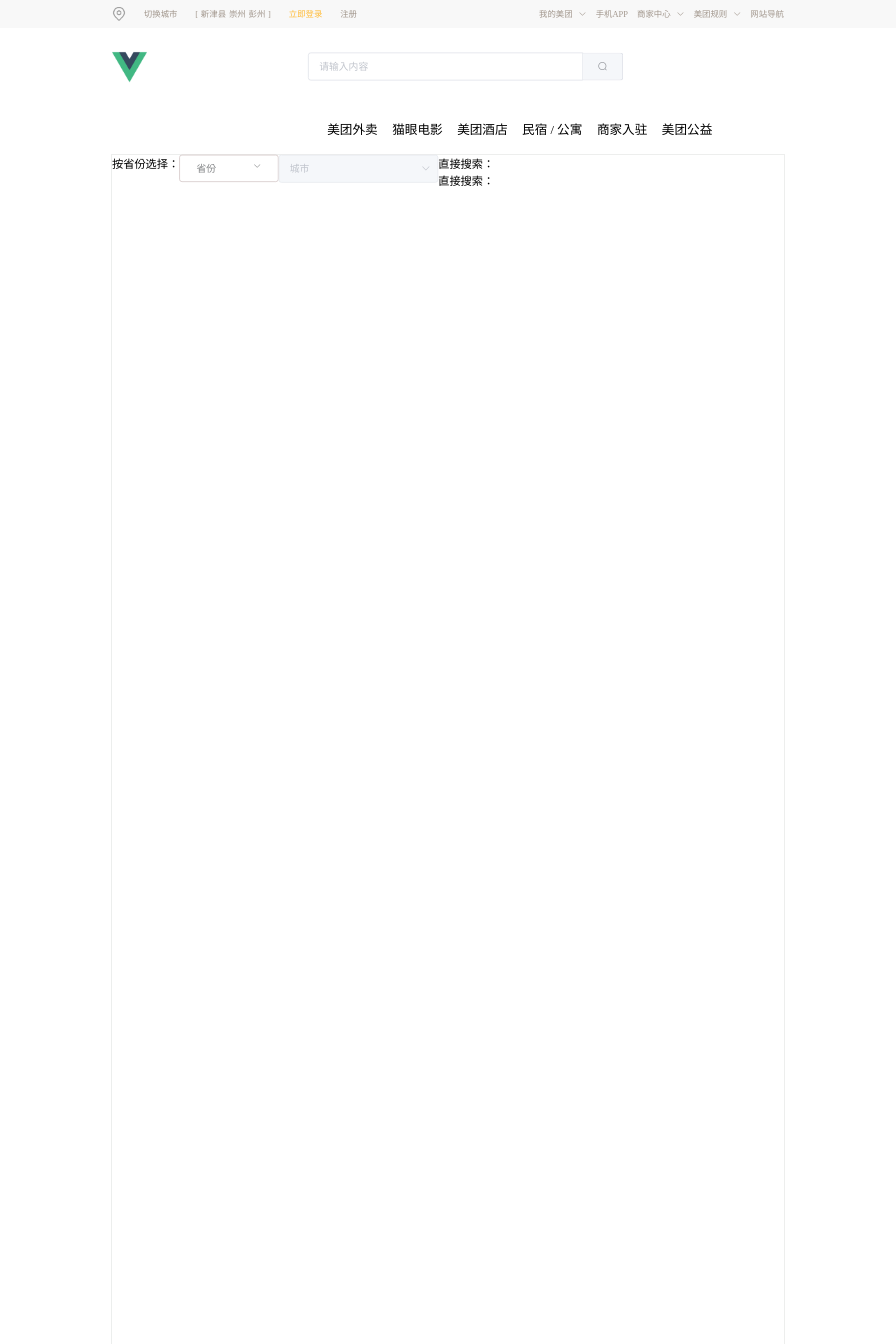
Repository: Wu-Tong-Xian/EasyMeituan
Page: /citySelection
The author's editor kept a copy of each file at every save. The page is drawn from the files as they stood at one save, then again after the next save.
The browser window is 1280 px wide. The pictures show the part of the page from y = 0 to 1920 px (the page is 2764 px tall), at 70% of full size.
The page's requests for data from a server got no answer. The project was rebuilt for these pictures with package versions that can differ from the ones it lists, and the page was loaded fresh each time. No one was signed in, and anything a server would have sent is missing. Also part of the build but not shown: vue.config.js, src/components/home/sortingRotations.vue, src/components/home/stylish.vue, src/views/Home.vue.

Above is the page before, as saved 2020-08-25 10:49:51.

### src/main.js
import Vue from 'vue'
import App from './App.vue'
import router from './router'
import store from './store'
import api from './http/api'  //引入http 里封装的api
// 因为封装了axios 在http引入了
// import axios from 'axios'//引入axios
// Vue.prototype.$axios = axios;//把axios挂载到vue上
// import '@/iconfont/iconfont.js';/*引入iconfont图标*/

// 引入element ui
import ElementUI from 'element-ui';
import 'element-ui/lib/theme-chalk/index.css';

Vue.config.productionTip = false
Vue.prototype.$api =api    //引入封装的http 下API
Vue.use(ElementUI);

new Vue({
  router,
  store,
  render: h => h(App)
}).$mount('#app')

### src/App.vue
<template>
  <div id="app">
    <router-view/>

  </div>
</template>

<style lang="scss">
@import "./style/components";
</style>

### src/router/index.js
import Vue from 'vue'
import VueRouter from 'vue-router'
import Home from '../views/Home.vue'
import layout from '../views/layout/layout.vue'

Vue.use(VueRouter)

  const routes = [
    {
      path:'/home',
      redirect:'/'
    },
  {
    path: '/',
    name: 'layout',
    component: layout,
    children:[{
      path:'',
      name:'/home',
      component:Home,
      meta:{
        title:'首页',
      },
    },
    {
      path: '/citySelection',
      name: 'citySelection',
      component: () => import( '../views/citySelection/citySelection.vue'),
      meta:{
        title:'城市选择',
      },
    },

  ]
  },
  {
    path: '/login',
    name: 'login',
    component: () => import(/* webpackChunkName: "about" */ '../views/login/login'),
    meta:{
      title:'登录页',
    },
  },
  {
    path: '/phoneApp',
    name: 'phoneApp',
    component: () => import(/* webpackChunkName: "about" */ '../views/phoneApp/phoneApp'),
    meta:{
      title:'手机App',
    },
  },
  {
    path: '/register',
    name: 'register',
    component: () => import(/* webpackChunkName: "about" */ '../views/register/register'),
    meta:{
      title:'注册',
    },
  },
  {
    path:'*',
    component: () => import(/* webpackChunkName: "about" */ '../views/err/err'),
  }

]

const router = new VueRouter({
  mode: 'history',
  base: process.env.BASE_URL,
  routes
})


//  设置 白名单： 登陆 注册  找回密码/
// let whitePath = [ '/login','/register','/findPwd']
// // let whitePath = [ '/login']

router.beforeEach((to,from,next) =>{
//   // 通过路由源信息（meta（写在路由后 在上面））给浏览器绑定名字
  document.title =to.meta.title
//   let user =JSON.parse(localStorage.getItem('user'))
//   // 如果用户跳转的就是登录页面就让他直接去
//   // 设置了白名单 这里就可以修改为
//   if(whitePath.includes(to.path)) {
//   // if(to.path === '/login') {
    next()
//   }else {
//     // 如果有user就让他调转其他页面 否则就调转到本页面
//       user ? next() : next('/login')
//     }
})


export default router

### src/http/api.js
// import api from './http/api'  //需要在main.js 里面引入 里封装的api
// Vue.prototype.$api =api      //需要在main.js 里面引入 里封装的api

//是用来封装所有的请求
import service from "./index" //http 下面叫index的 必须省略index.js
// import { get } from "core-js/fn/dict"
// import { get } from "core-js/fn/dict"

// export default{} 里面所有的属性就是请求方法
export default {
  // 3. 分类查询(get)   /classification?mallSubId=${id}   参数:  id:默认分类的id
  getClassification(id) {
    return service.get(`/classification?mallSubId=${id}`)
  },
  // 14. 获取用户信息(post) /queryUser
  getqueryUser() {
    return service.post(`queryUser`)
  },
  // 15. 修改保存用户信息(post) //saveUser 参数: gender:性别 year:年 month:月 day:日 id:用户id nickname:昵称
  getsaveUser({    gender,    year,    month,    day,    id,    nickname
  }) {
    return service.post('saveUser', {  gender,  year,  month, day, id,  nickname
    })
  },
  // 16. 查询用户订单数量(get)  // /myOrder/orderNum
  getorderNum() {
    return service.get(`/myOrder/orderNum`)
  },
// 上面是pc 发请求get(有参数跟没参数示例) post(有参数,跟没参数)

  // ###  获取定位  ```js   http://localhost:8888/position ```
  getposition() {
    return service.get(`/position`)
  },

  // ### 获取所有省份 ```js   http://localhost:8888/province```
  getProvince() {
    return service.get(`/province`)
  },

  // ### 获取省份所有城市  http://localhost:8888/citys/省份id
  getCitys(id) {
    return service.get(`/citys?id=${id}`)
  },

  // ### 获取城市具体信息  ``` js   http://localhost:8888/crumbs?city=城市名
  getcrumbs(city) {
    return service.get(`/crumbs?city=${city}`)
  },

  // ### 省市关联   http://localhost:8888/city
  getcity() {
    return service.get(`/city`)
  },

  // ### 热门城市   http://localhost:8888/hotCity
  gethotCity() {
    return service.get(`/hotCity`)
  },
  // ### 全部分类   http://localhost:8888/menu
  getmenu() {
    return service.get(`/menu`)
  },
  // ### 热门搜索   http://localhost:8888/hotPlace?city=城市名```
  gethotPlace(city) {

    return service.get(`/hotPlace?city=${city}`)
  },

  // ### 搜索建议    http://localhost:8888/searchTop?city=城市名&input=关键词```
  getsearchTop(city,input) {
    return service.get(`/searchTop?city=${city}&input=${input}`)
  },

  // ### 根据关键词搜索  http://localhost:8888/results?city=城市名&keyword=关键词 ```
  getresults(city,keyword) {
    return service.get(`/results?city=${city}&keyword=${keyword}`)
  },

  // ### 商铺详情  http://localhost:8888/products?keyword=商铺名称&city=城市名```
  getproducts(keyword,city) {
    return service.get(`/products?keyword=${keyword}&city=${city}`)
  },
  // ### 有格调 (调关键词搜索接口)   #### 对应的tab
  // - 约会聚餐 => 美食   - 丽人spa => 丽人   - 电影演出 => 电影
  // - 品质出游 => 旅游   - 全部 => 景点    ### 登录

  // ### 登录 http://localhost:8888/users/login (post)  参数: username: 用户名 password: 密码
  postlogin( username,  password  ) {
    return service.post('/users/login', {  username,  password    })
  },

  // ### 注册  http://localhost:8888/users/register (post)参数:
  //   - username: 用户名  - password: 密码  - email: 邮箱
  postregister( username, password, email) {
    return service.post('/users/register', {  username, password, email })
  },

  // ### 需要用到的图片路径

  //s0.meituan.net/bs/fe-web-meituan/2d05c2b/img/avatar.jpg   长耳朵大脸
  //p0.meituan.net/codeman/843d7347cb20d945e4bc39b6403f0515182965.png  住酒店
  //p1.meituan.net/codeman/16442c19da1f1c4544f794e29d99c92051716.jpg  涨姿势
  //p1.meituan.net/codeman/5b21cddb4bb1cbc3a9c3bce0f726c75940469.jpg  我是商家
  //p0.meituan.net/codeman/e473bb428f070321269b23370ff02ba956209.jpg  休闲生活
  //s1.meituan.net/bs/fe-web-meituan/60ac9a0/img/download-qr.png      二维码
  //s0.meituan.net/bs/file/?f=fe-sso-fs:build/page/static/banner/www.jpg   跑动的富兰克林

  // ### 协议链接   http://www.meituan.com/about/terms

  //登录 请求示例  第一种协防
  // login(params){
  //   //所有的方法必须return
  //   return service.post('/user/login',params)
  // },

  // 实例 第二种方法  解构赋值的写法
  // login(username,password) {
  //   return service.post('./user/login',{
  //     // username:username,
  //     username,   //简写其实是上面那样的 所以实参也是username
  //     password
  //   })
  // },

  //示例 获取所有文章  平时用字符转 ，如果有参数就用模板字符串
  // allArticle(id){
  //   return service.get(`./article/allArticle?id=${id}`)
  // },
  //示例 获取所有文章 get请求两个参数的情况
  // allArticle(){
  //   return service.get(`./article/allArticle?id=${id}&num=${num}`)
  // }
  // 上面是get post 封装请求的示例 封装完之后在main.js 里引用这个文件
  //   import api from "./http/api"
  //   Vue.pprototype 的原型链上自己取一个名字 特殊一点
  //   Vue.pprototype.$api =api
}

### src/style/components.scss
/* 整理出来的css 公共样式 */

* {
  padding: 0;
  margin: 0;
}

.d-block {
  display: block;
}

// 文字居中
.t-center {
  text-align: center;
}

/* display */

.fl {
  display: flex;
}

.j-center {
  justify-content: center;
}
.font-w {
  font-weight: 700;
}
/* 两边有间距比everny大一点中间等分 */

.j-around {
  justify-content: space-around;
}

/* 左右靠边 中间等分 */

.j-between {
  justify-content: space-between;
}
.j-center
/* 两边有间距中间等分 */

.j-evenly {
  justify-content: space-evenly;
}

// 常用盒子大小
.w-1200 {
  width: 1200px;
}

.w-1000 {
  width: 1000px;
}

// 常用字体的两个颜色和大小
.colg {
    color: #A1968C;
}

.colb {
    color: #1D3447;
}

.colw {
    color: #F9F9F9;
}
.colr{
    color: red;
}

.fz12 {
  font-size: 12px;
}

.fz14 {
  font-size: 14px;
}

.fz18 {
  font-size: 18px;
}

.pd-t20 {
  padding-top: 20px;
}

.pd-t10 {
  padding-top: 10px;
}.pd-r10 {
  padding-right: 10px;
}.pd-l10 {
  padding-left: 10px;
}

.pd-tb20 {
  padding: 20px 0 20px 0;
}
.pd-lr20 {
  padding: 0 20px 0 20px;
}
.mg-lr10 {
  margin: 0 10px 0 10px;
}
// 外边距
.mg0 {
  margin: 0 auto;
}

.mg20 {
  margin: 20px;
}
.mg10 {
  margin: 10px;
}
.mg-b20 {
  margin-bottom: 20px;
}
.mg-b10 {
  margin-bottom: 10px;
}
.mg-tb20 {
  margin: 20px 0 20px 0;
}

.mg-t10 {
  margin-top: 10px;
}

.mg-tb10 {
  margin: 10px 0 10px 0;
}

.mg-l20 {
  margin-left: 20px;
}

.mg-l10 {
  margin-left: 10px;
}

.mg-t20 {
  margin-top: 20px;
}

.mg-r20 {
  margin-right: 20px;
}

.mg-r10 {
  margin-right: 10px;
}
.mg-lr20 {
  margin: 0 20px 0 20px;
}

// 桌面背景颜色
.box {
  background: #f9f9f9;
}
// 鼠标附上去改变颜色
.h-hover:hover {
  color: #FFBB36;
}
.c-hover:hover {
  color: #000;
}
// 超出部分自动换行
.fl-wrap {
  flex-wrap: wrap;
}
// 超出部分不换行  为了横向移动效果
fl-nowrap {
  flex-wrap: nowrap;
}
// 超出本分文字隐藏 用..表示
.t-none {
  white-space: nowrap;
  overflow: hidden;
  text-overflow: ellipsis;
  width: 28vm;
}
// 鼠标移过变小手
.c-pointer {
  cursor: pointer;
}

.t-l{
  text-decoration:line-through
}
//  在顶部盒子取一个类名 吸顶效果
.ceiling {
  position:fixed;
  width:100%;
  z-index:999;
  background: #ededed;
}
// 下滑线
.t-u{
  text-decoration:underline
}
// 删除线
.t-l{
  text-decoration:line-through
}// 上滑线
.t-o{
  text-decoration:overline
}
.p-r{
  position: relative;
}
.mg-t2{
  margin-top:2px;
}
.mg-lr3 {
  margin: 0 3px 0 3px;
}

### src/views/layout/layout.vue
<template>
  <div class="m0">
    <!--头部公共-->
    <div class="head1">
      <div class="w960 fl j-between fz12 colg c-pointer">
        <!--头部左边-->
        <div class="fl left-head1 j-between">
          <div @click="open1" class="fl">
            <img class="position1" src="../../assets/position1.png" alt />
            <div>{{city}}</div>
          </div>
          <div @click="citySelection" class="h-hover">切换城市</div>
          <div @click="open" class="fl">
            <div>[</div>
            <div class="mg-lr4 h-hover">新津县</div>
            <div class="h-hover">崇州</div>
            <div class="mg-lr4 h-hover">彭州</div>
            <div>]</div>
          </div>
          <div @click="gologin" class="h-hover ys">立即登录</div>
          <div @click="goregister" class="h-hover">注册</div>
        </div>
        <!--头部又边-->
        <div class="fl p-r j-between left-head1">
          <!-- 下拉菜单 -->
          <el-dropdown size="mini">
            <span class="el-dropdown-link h-hover colg fz12">
              我的美团
              <i class="el-icon-arrow-down el-icon--right"></i>
            </span>
            <el-dropdown-menu slot="dropdown">
              <el-dropdown-item>我的订单</el-dropdown-item>
              <el-dropdown-item>我的收藏</el-dropdown-item>
              <el-dropdown-item>抵用卷</el-dropdown-item>
              <el-dropdown-item>账户设置</el-dropdown-item>
            </el-dropdown-menu>
          </el-dropdown>

          <div @click="gophoneApp" class="h-hover">手机APP</div>
          <!-- 下拉菜单 -->
          <el-dropdown size="mini">
            <span class="el-dropdown-link h-hover colg fz12">
              商家中心
              <i class="el-icon-arrow-down el-icon--right"></i>
            </span>
            <el-dropdown-menu slot="dropdown">
              <el-dropdown-item>美团商饮餐户</el-dropdown-item>
              <el-dropdown-item>登录商家中心</el-dropdown-item>
              <el-dropdown-item>美团只能收银</el-dropdown-item>
              <el-dropdown-item>我想合作</el-dropdown-item>
              <el-dropdown-item>手机免费开店</el-dropdown-item>
              <el-dropdown-item>餐饮代理商招募</el-dropdown-item>
              <el-dropdown-item>商家免费开票</el-dropdown-item>
              <el-dropdown-item>免费合作美团合作</el-dropdown-item>
            </el-dropdown-menu>
          </el-dropdown>
          <!-- 下拉菜单 -->
          <el-dropdown size="mini">
            <span class="el-dropdown-link h-hover colg fz12">
              美团规则
              <i class="el-icon-arrow-down el-icon--right"></i>
            </span>
            <el-dropdown-menu slot="dropdown">
              <el-dropdown-item>美团中心</el-dropdown-item>
              <el-dropdown-item>美团规则</el-dropdown-item>
              <el-dropdown-item>美团评议员</el-dropdown-item>
            </el-dropdown-menu>
          </el-dropdown>
          <div class="h-hover nav fl">
            <div>网站导航</div>
            <div class="navigation">
              <div class="fl j-around">
                <div class="fz14 colg">
                  <div class="colb t-center">酒店旅游</div>
                  <div class="fl">
                    <div class="box1">
                      <div>国际机票</div>
                      <div>经济型酒店</div>
                      <div>公寓</div>
                      <div>青年旅舍</div>
                      <div>农家院</div>
                    </div>
                    <div class="box1 mg-lr20">
                      <div>火车站</div>
                      <div>主体酒店</div>
                      <div>豪华酒店</div>
                      <div>度假酒店</div>
                    </div>
                    <div class="box1">
                      <div>民宿</div>
                      <div>商务酒店</div>
                      <div>客栈</div>
                      <div>别墅</div>
                    </div>
                  </div>
                </div>

                <div class="fz14 colg">
                  <div class="colb t-center">吃美食</div>
                  <div class="fl">
                    <div class="box1 mg-r20">
                      <div>烤鱼</div>
                      <div>烧烤</div>
                      <div>火锅</div>
                    </div>
                    <div class="box1">
                      <div>特色</div>
                      <div>自助小吃</div>
                      <div>代金卷</div>
                    </div>
                  </div>
                </div>

                <div class="fz14 colg">
                  <div class="colb t-center">看电影</div>
                  <div class="box1">
                    <div>热映电影</div>
                    <div>热门电影</div>
                    <div>热映电影口碑榜</div>
                    <div>最受期待电影</div>
                    <div>国内票行榜</div>
                    <div>欧美票行榜</div>
                    <div>电影排行榜</div>
                  </div>
                </div>

                <div class="fz14 colg">
                  <div class="colb t-center">手机应用</div>
                  <div class="box1">
                    <div>
                      <img src="../../assets/mei1.png" alt />
                    </div>
                    <div>
                      <img src="../../assets/mei2.png" alt />
                    </div>
                  </div>
                </div>
              </div>
            </div>
          </div>
        </div>
        <!-- 网站导航 鼠标移入的样式 -->
      </div>
    </div>
    <!--logo 搜索公共部分-->
    <div class="search-box">
      <div class="w9601">
        <div class="fl j-between">
          <img class="logo" src="../../assets/logo.png" alt />
          <div class="input-box j-between p-r">
            <el-input
              @input="search1"
              @focus="focus"
              @blur="blur"
              placeholder="请输入内容"
              v-model="keyword"
              class="input-with-select"
            >
              <el-button slot="append" icon="el-icon-search"></el-button>
            </el-input>

            <div v-if="flag === true" class="fl history j-between">
              <div class="mg-l20">搜索历史</div>
              <div @click="a11" class="mg-r20">删除历史记录</div>
            </div>
            <div v-if="keyword !== ''" class="name-box">
              <div v-for="(item,index) in searchList" :key="index">
                <div @click="detail(item)" v-if="index < 11" class="name1 mg-l10">{{item.name}}</div>
              </div>
            </div>
          </div>
          <div></div>
        </div>
        <div class="fl j-around">
          <div></div>
          <div class="fl bottom-box j-between">
            <div>美团外卖</div>
            <div>猫眼电影</div>
            <div>美团酒店</div>
            <div>民宿 / 公寓</div>
            <div>商家入驻</div>
            <div>美团公益</div>
          </div>
        </div>
      </div>
    </div>
    <router-view></router-view>
    <div class="dbl-box1">
      <div class="dbl-box">
        <img class="dbl c-pointer" src="../../assets/底部栏.png" alt />
      </div>
    </div>
  </div>
</template>

<script>
export default {
  name: "",
  props: {},
  components: {},
  data() {
    return {
      flag: false,
      keyword: "",
      city: "",
      searchList: [], //搜索列表
      searchTopList: [], //搜索建议
    };
  },
  methods: {
    a11() {
      console.log(111);
    },
    focus() {
      this.flag = true;
      console.log(this.flag);
    },
    blur() {
      // setTimeout(function() {
      this.flag = false;
      // }, 5000);
    },
    detail(item) {
      this.$message("你点你爹呢,瓜皮,");
    },

    // 搜索建议
    search1() {
      if (this.keyword !== "") {
        this.$api
          .getresults(this.city, this.keyword)
          .then((res) => {
            console.log(res);
            this.searchList = res.data.pois;
          })
          .catch((err) => {
            console.log(err);
          });
        // 搜索关键字  因为这里传城市 跟关键字 不处理就是成都市 我只要成都
        //  this.city.slice(2,3);
        // console.log(this.city);
        // this.$api
        //   .getsearchTop(this.city, this.keyword)
        //   .then((res) => {
        //     console.log(res);
        //     this.searchTopList = res.data.pois;
        //   })
        //   .catch((err) => {
        //     console.log(err);
        //   });
      }
    },
    gophoneApp() {
      this.$router.push("phoneApp");
    },
    gologin() {
      this.$router.push("login");
    },
    goregister() {
      this.$router.push("register");
    },
    open() {
      this.$message("想太多,这里只是装饰");
    },
    open1() {
      this.$message("请点击又边的切换城市");
    },
    getpotions() {
      this.$api
        .getposition()
        .then((res) => {
          console.log(res);
          this.city = JSON.parse(res.data).city;
        })
        .catch((err) => {
          console.log(err);
        });
    },
    citySelection() {
      this.$router.push("citySelection");
    },
  },
  mounted() {
    this.getpotions();
  },
  watch: {},
  computed: {},
};
</script>

<style scoped lang='scss'>
// 头部样式
.head1 {
  width: 100%;
  height: 40px;
  background: #f8f8f8;
}
.w960 {
  margin: 0 auto;
  width: 960px;
  height: 40px;
  line-height: 40px;
}
.position1 {
  width: 20px;
  height: 20px;
  margin-top: 10px;
}

.left-head1 {
  width: 350px;
}
.mg-lr4 {
  margin: 0 4px 0 4px;
}
.ys {
  color: #ffbb36;
}
.el-dropdown-item {
  color: #ffbb36;
}
.nav:hover {
  background: #ffffff;
  .navigation {
    display: block;
  }
}
.navigation {
  position: absolute;
  left: -174.4%;
  top: 100%;
  width: 960px;
  height: 320px;
  background: #ffffff;
  display: none;
  z-index: 11;
}
.box1 {
  margin-top: 20px;
  line-height: 35px;
  text-align: center;
}
// 搜索盒子样式
.search-box {
  width: 100%;
  height: 180px;
  background: #ffffff;
}
.w9601 {
  margin: 0 auto;
  width: 960px;
  height: 180px;
  line-height: 110px;
}
.logo {
  margin-top: 31px;
  height: 50px;
}
.input-box {
  width: 450px;
}
.history {
  box-shadow: 0 0 5px rgb(32, 29, 29);
  width: 391px;
  height: 105px;
  background: #ffffff;
  color: #201d1d;
  font-size: 16px;
  line-height: 25px;
  position: absolute;
  top: 77px;
  border-radius: 5px;
}
.name-box {
  box-shadow: 0 0 5px rgb(32, 29, 29);
  width: 391px;
  height: 256px;
  background: #ffffff;
  color: #807878;
  font-size: 14px;
  position: absolute;
  top: 77px;
}
.name1 {
  line-height: 26px;
}
.bottom-box {
  font-size: 18px;
  width: 550px;
  line-height: 70px;
}
.dbl-box1 {
  width: 100%;
  background: #f8f8f8;
}
.dbl-box {
  margin: 0 auto;
  width: 960px;
  background: #f8f8f8;
}

.dbl {
  margin: 0 auto;
  width: 960px;
}
</style>

### src/views/citySelection/citySelection.vue
<template>
<div>
  <div class="w960">
    <div class="fl">
      <div>按省份选择：</div>
      <el-row class="block-col-2">
        <el-col :span="12">
          <el-dropdown trigger="click">
            <span class="el-dropdown-link">
              <div class="sf fl j-around">
                <div>省份</div>
                <i class="el-icon-arrow-down el-icon--right"></i>
              </div>
            </span>
            <el-dropdown-menu slot="dropdown">
              <div class="name-box fl-wrap fl">
                <div v-for="item in province" :key="item.id " class>
                  <div class="fz12 colg mg10">{{item.name}}</div>
                </div>
              </div>
            </el-dropdown-menu>
          </el-dropdown>
        </el-col>
      </el-row>
      <el-select v-model="value" disabled placeholder="城市"></el-select>
      <div>
        <div>直接搜索：</div>
        <div>直接搜索：</div>
      </div>
    </div>
  </div>
</div>
</template>

<script>
export default {
  name: "",
  props: {},
  components: {},
  data() {
    return {
      province: [],
    };
  },
  methods: {
    getProvince() {
      this.$api
        .getProvince()
        .then((res) => {
          console.log(res);
          this.province = res.data.province;
        })
        .catch((err) => {
          console.log(err);
        });
    },
  },
  mounted() {
    this.getProvince();
  },
  watch: {},
  computed: {},
};
</script>

<style lang="scss" scoped>
.w960 {
  width: 960px;
  height: 2000px;
  margin: 0 auto;
  background: white;
  border: 1px solid rgb(229, 231, 230);
}

.sf {
  width: 140px;
  height: 37px;
  line-height: 37px;
  border-radius: 4px;
  border: 1px solid rgb(207, 193, 193);
}

.el-dropdown-link {
  cursor: pointer;
  color: #818385;
}

.el-icon-arrow-down {
  font-size: 12px;
  margin-top: 9px;
}

.demonstration {
  display: block;
  color: #8492a6;
  font-size: 14px;
  margin-bottom: 20px;
}

.name-box {
  width: 250px;
  height: 380px;
}

el-select {
  width: 180px;
}
</style>

### src/http/index.js
// http 专门用来发送请求
// 如果下面的文件叫index  可以不用引导index.js 只用到http
// 封装axios

import axios from 'axios'

//创建axios的实例    const service =axios.create(创造的意思) 是一个对象
const service =axios.create({
  // 请求的基础路径 如果配置了基础路径 在实际发请求的时候可以省略
  baseURL:'/api',
  // 超时时间配置 毫秒为单位：timeout
  timeout:10000   //如果发送请求超过10S就会请求失败
})



//相应拦截   固定写法
service.interceptors.response.use(res =>{
  return res.data   //之前都是res.data.data  现在就可以少些一层data
})
//export default(默认导出)
export default service

Loaded but not shown: public/index.html (common file); src/store/index.js (common file)

After the next save:
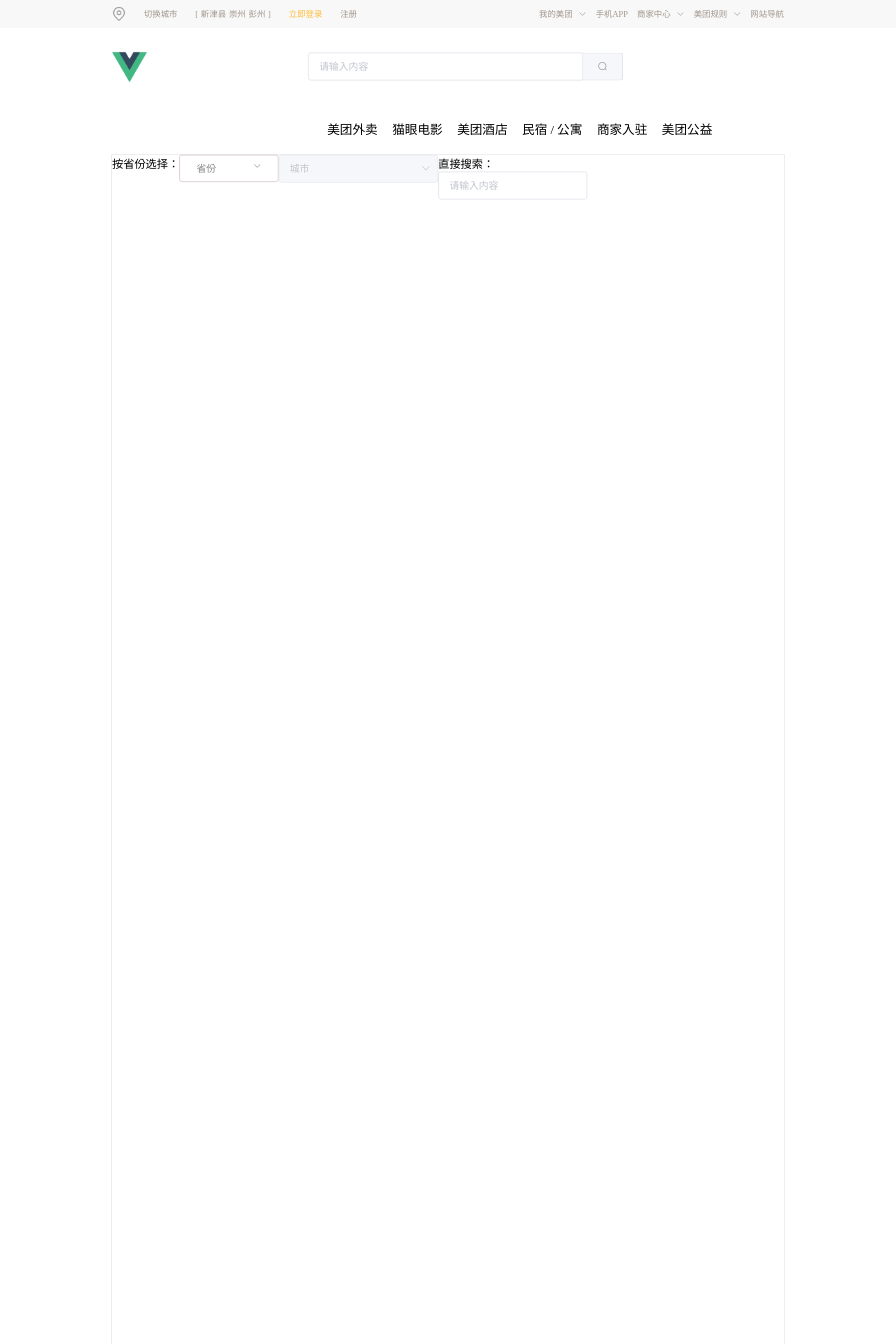
Saved 18 s later.
--- a/src/views/citySelection/citySelection.vue
+++ b/src/views/citySelection/citySelection.vue
@@ -25,7 +25,7 @@
       <el-select v-model="value" disabled placeholder="城市"></el-select>
       <div>
         <div>直接搜索：</div>
-        <div>直接搜索：</div>
+        <el-input v-model="input" placeholder="请输入内容"></el-input>
       </div>
     </div>
   </div>
